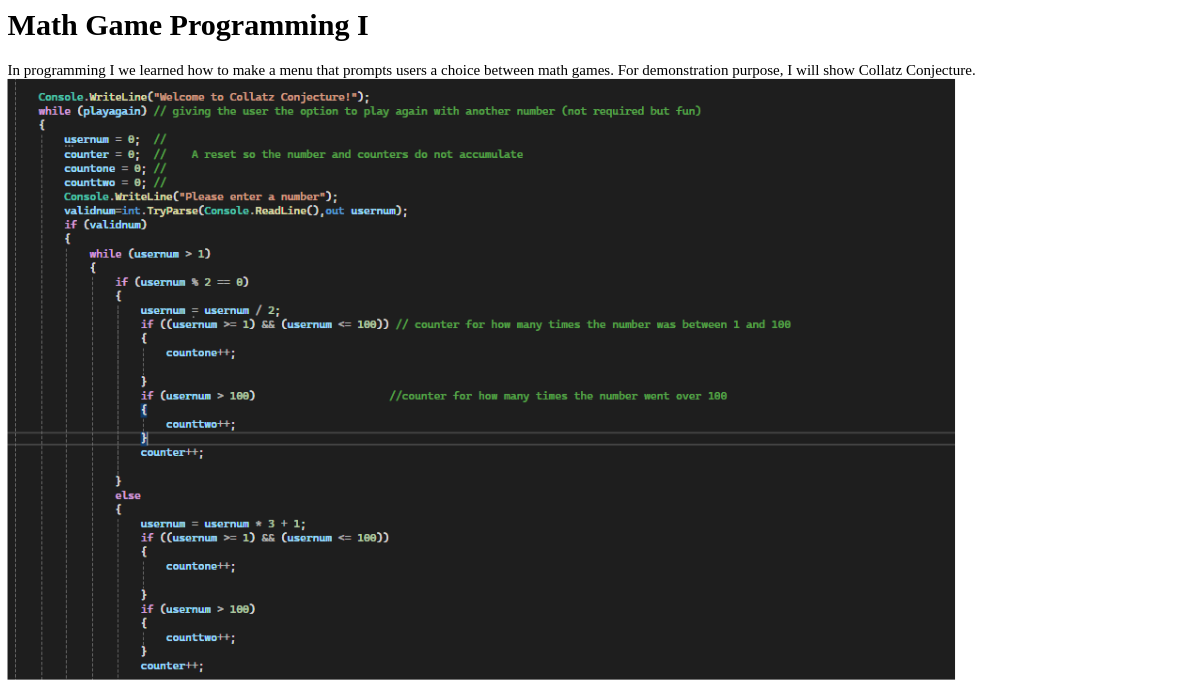
Repository: vGitCharles/vGitCharles
Page: pages/MathGame.html
An editor plug-in stored every save of this project. The page is shown before and after the next save, followed by the edit.
The browser window is 1280 px wide. The pictures show the whole page, at 94% of full size.

Above is the page before, as saved 2026-05-15 22:49:42.

### pages/MathGame.html
<h1>Math Game Programming I</h1>
<p>
    In programming I we learned how to make a menu that prompts users a choice between math games.
    For demonstration purpose, I will show Collatz Conjecture.
    <img src="/assets/images/MathGame1.png">

</p>

After the next save:
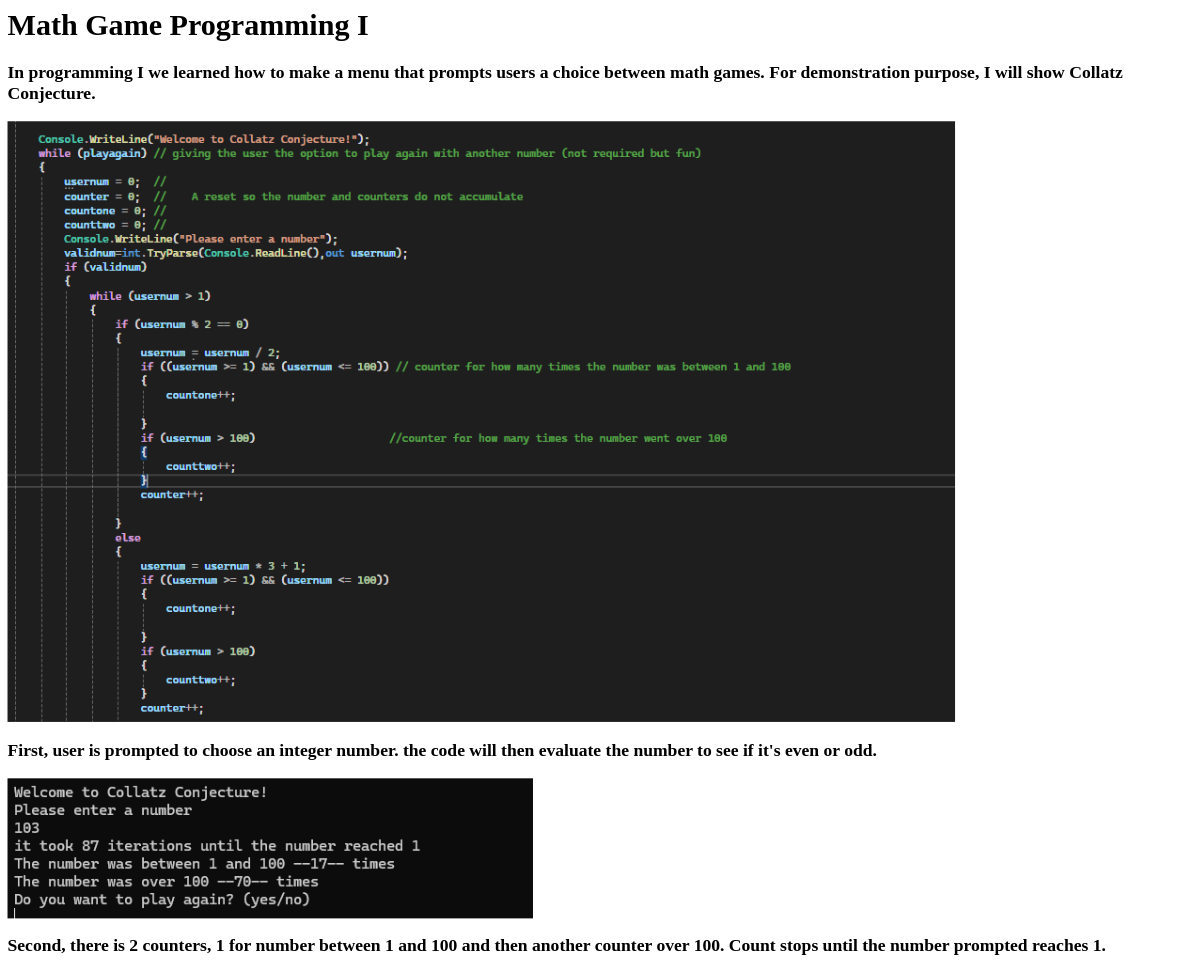
Saved 6 min 21 s later.
--- a/pages/MathGame.html
+++ b/pages/MathGame.html
@@ -1,7 +1,19 @@
 <h1>Math Game Programming I</h1>
 <p>
-    In programming I we learned how to make a menu that prompts users a choice between math games.
+    <h3>In programming I we learned how to make a menu that prompts users a choice between math games.
     For demonstration purpose, I will show Collatz Conjecture.
-    <img src="/assets/images/MathGame1.png">
+    </h3>
+    <img src="/assets/images/MathGame1.png" alt="Collatz Code">
+
 
 </p>
+<p>
+    <h3>
+        First, user is prompted to choose an integer number. the code will then evaluate the number to see if it's even or odd.
+
+    </h3>
+    <img src="/assets/images/MathGame2.png" alt="Collatz Console UI">
+    <h3>
+        Second, there is 2 counters, 1 for number between 1 and 100 and then another counter over 100. Count stops until the number prompted reaches 1.
+    </h3>
+</p>
